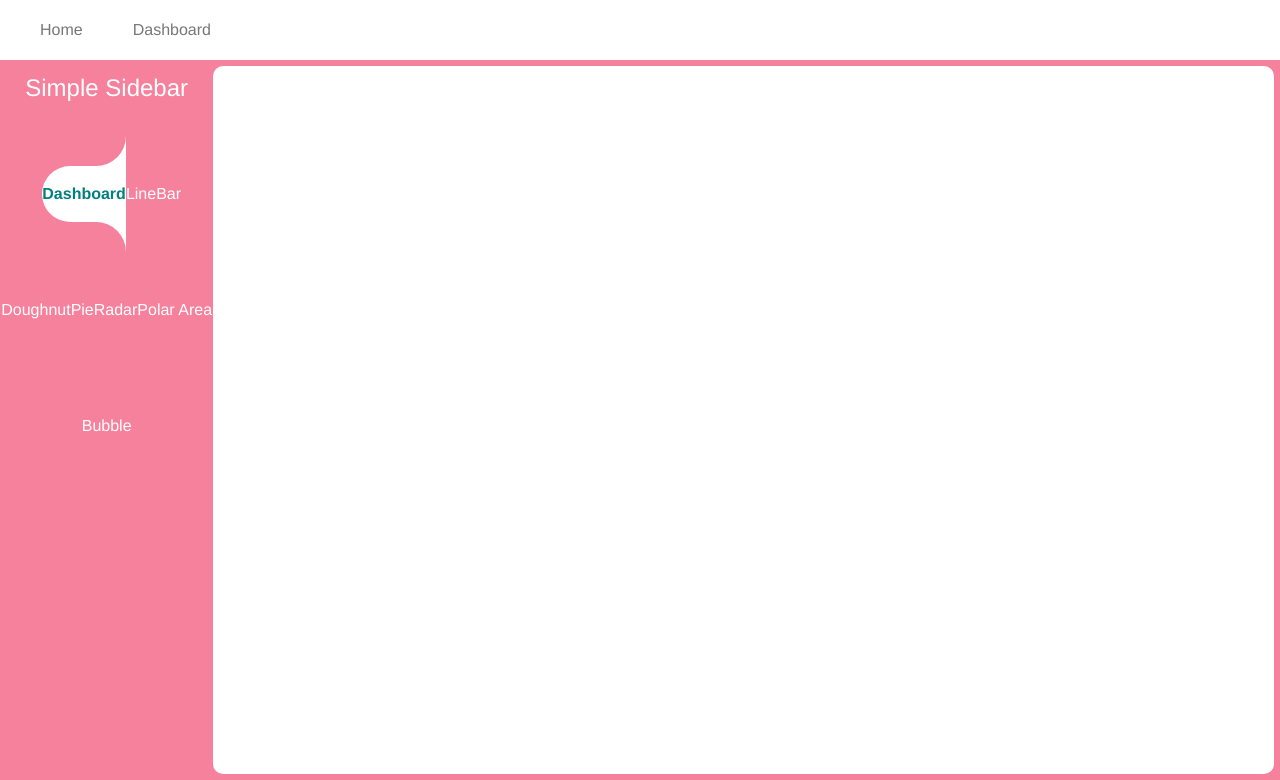
Repository: nashthecoder/vue_learn
Page: /dashboard (app in client/)
The author's editor kept a copy of each file at every save. The page is drawn from the files as they stood at one save, then again after the next save.
The browser window is 1280 px wide. The pictures show the whole page.
The project was rebuilt for these pictures with package versions that can differ from the ones it lists, and the page was loaded fresh each time. Imported but missing from the stored project, and not drawn on this page: client/src/views/Home.vue.

Above is the page before, as saved 2020-12-25 01:20:00.

### client/public/index.html
<!DOCTYPE html>
<html lang="en">
  <head>
    <meta charset="utf-8">
    <meta http-equiv="X-UA-Compatible" content="IE=edge">
    <meta name="viewport" content="width=device-width,initial-scale=1.0">
    <link rel="icon" href="<%= BASE_URL %>favicon.ico">
    <title>Visualizations</title>
  </head>
  <body>
    <noscript>
      <strong>We're sorry but client doesn't work properly without JavaScript enabled. Please enable it to continue.</strong>
    </noscript>
    <div id="app"></div>
    <!-- built files will be auto injected -->
  </body>
</html>

### client/src/main.js
import Vue from "vue";
import App from "./App.vue";
import "bootstrap/dist/css/bootstrap.css";
import router from "./router";

Vue.config.productionTip = false;

new Vue({
  router,
  render: h => h(App)
}).$mount("#app");

### client/src/App.vue
<template>
  <div id="app">
    <ResponsiveNav
      :nav-links="navLinks"
      background="#fff"
      link-color="#777"
      hoverBackground="#ddd"
    />
    <router-view />
  </div>
</template>
<script>
import ResponsiveNav from "@/components/ResponsiveNav";

export default {
  components: {
    ResponsiveNav
  },
  data: () => ({
    navLinks: [
      {
        text: "Home",
        path: "/"
      },
      {
        text: "Dashboard",
        path: "/dashboard"
      }
    ]
  })
};
</script>
<style>
body {
  margin: 0;
}
#app {
  font-family: "Avenir", Helvetica, Arial, sans-serif;
  -webkit-font-smoothing: antialiased;
  -moz-osx-font-smoothing: grayscale;
  text-align: center;
  color: #2c3e50;
}
#nav {
  padding: 30px;
}

#nav a {
  font-weight: bold;
  color: #2c3e50;
}

#nav a.router-link-exact-active {
  color: #42b983;
}
</style>

### client/src/router.js
import Vue from "vue";
import VueRouter from "vue-router";
import Home from "./views/Home.vue";

Vue.use(VueRouter);

const routes = [
  {
    path: "/",
    name: "Home",
    component: Home
  },
  {
    path: "/dashboard",
    name: "Dashboard",
    component: () => import("./views/Dashboard.vue")
  },
  {
    path: "/line",
    name: "Line",
    component: () => import("./views/Line.vue")
  },
  {
    path: "/bar",
    name: "Bar",
    component: () => import("./views/Bar.vue")
  },
  {
    path: "/doughnut",
    name: "Doughnut",
    component: () => import("./views/Doughnut.vue")
  },
  {
    path: "/pie",
    name: "Pie",
    component: () => import("./views/Pie.vue")
  },
  {
    path: "/radar",
    name: "Radar",
    component: () => import("./views/Radar.vue")
  },
  {
    path: "/polar-area",
    name: "PolarArea",
    component: () => import("./views/PolarArea.vue")
  },
  {
    path: "/bubble",
    name: "Bubble",
    component: () => import("./views/Bubble.vue")
  },
  {
    path: "/scatter",
    name: "Scatter",
    component: () => import("./views/Scatter.vue")
  }
];
const router = new VueRouter({
  mode: "history",
  base: process.env.BASE_URL,
  routes
});

export default router;

### client/src/components/ResponsiveNav.vue
<template>
  <nav :style="{ background: background || '#333' }">
    <ul :style="{ background: background || '#333' }" ref="nav">
      <figure class="image-logo" @click="toggleNav"></figure>
      <li
        v-for="(link, index) in navLinks"
        :key="index"
        @mouseenter="
          $event.currentTarget.style.background = hoverBackground || '#999'
        "
        @mouseleave="
          $event.currentTarget.style.background = background || '#333'
        "
      >
        <router-link :to="link.path" :style="{ color: linkColor || '#ddd' }">
          {{ link.text }}
          <i :class="link.icon" />
        </router-link>
      </li>
    </ul>
  </nav>
</template>
<script>
export default {
  props: [
    "navLinks",
    "background",
    "linkColor",
    "hoverBackground",
    "imagePath"
  ],
  methods: {
    toggleNav() {
      const nav = this.$refs.nav.classList;
      nav.contains("active") ? nav.remove("active") : nav.add("active");
    }
  }
};
</script>

<style scoped lang="scss">
nav {
  height: 60px;
  width: 100%;
  box-shadow: 2px 2px 2px #ccc;
  ul {
    display: flex;
    height: 100%;
    align-items: center;
    margin-block-start: 0;
    margin-block-end: 0;
    padding-inline-start: 0;
    box-shadow: 2px 2px 2px #ccc;
    figure {
      cursor: pointer;
      margin-right: 10px;
    }
    a {
      text-decoration: none;
      display: flex;
      flex-direction: row-reverse;
      align-items: center;
    }
    i {
      margin-right: 10px;
      font-size: 22px;
    }
    li {
      list-style-type: none;
      padding: 10px 20px;
    }
  }
}
@media screen and (max-width: 759px) {
  nav {
    ul {
      position: absolute;
      width: 300px;
      flex-direction: column;
      left: -240px;
      transition: 300ms ease all;
      top: 60px;
      &.active {
        left: 0px;
      }
      figure {
        position: fixed;
        z-index: 1;
        top: 10px;
        left: 2px;
      }
      li {
        width: 100%;
        padding-left: 0;
        padding-right: 0;
      }
      a {
        flex-direction: row;
        margin-left: 20px;
        justify-content: space-between;
        margin-right: 13px;
      }
    }
  }
}
</style>

### client/src/views/Dashboard.vue
<template>
  <div class="dashboard">
    <Sidebar />
    <div class="content">
      <router-view />
    </div>
  </div>
</template>

<script>
import Sidebar from "../components/Sidebar";
export default {
  name: "home",
  components: {
    Sidebar
  }
};
</script>

<style>
.dashboard {
  display: grid;
  grid-template-columns: 1fr 5fr;
  background-color: #f6819d;
  height: 100vh;
  width: 100vw;
}
.content {
  background-color: white;
  border-radius: 10px;
  margin: 6px 6px 6px 0px;
}
</style>

### client/src/components/Sidebar.vue
<template>
  <div class="sidebar">
    <div class="title">
      Simple Sidebar
    </div>
    <div class="menu-items">
      <router-link to="/dashboard" active-class="active" tag="button" exact class="side-btn">
        <div class="link-container">
          Dashboard
        </div>
      </router-link>
      <router-link to="/line" active-class="active" tag="button" exact class="side-btn">
        <div class="link-container">
          Line
        </div>
      </router-link>
      <router-link to="/bar" active-class="active" tag="button" exact class="side-btn">
        <div class="link-container">
          Bar
        </div>
      </router-link>
      <router-link to="/doughnut" active-class="active" tag="button" exact class="side-btn">
        <div class="link-container">
          Doughnut
        </div>
      </router-link>
      <router-link to="/pie" active-class="active" tag="button" exact class="side-btn">
        <div class="link-container">
          Pie
        </div>
      </router-link>
      <router-link to="/radar" active-class="active" tag="button" exact class="side-btn">
        <div class="link-container">
          Radar
        </div>
      </router-link>
      <router-link to="/polar-area" active-class="active" tag="button" exact class="side-btn">
        <div class="link-container">
          Polar Area
        </div>
      </router-link>
      <router-link to="/bubble" active-class="active" tag="button" exact class="side-btn">
        <div class="link-container">
          Bubble
        </div>
      </router-link>
    </div>
  </div>
</template>

<script>
export default {};
</script>

<style>
.title {
  color: white;
  font-size: 24px;
  margin-top: 10px;
}
.menu-items > * {
  margin-top: 60px;
}
.side-btn {
  border: none;
  padding: 16px 0px;
  cursor: pointer;
  font-size: 16px;
  font-weight: 500;
  color: white;
  background-color: transparent;
}
.side-btn:focus {
  outline: none;
}
.side-btn.active {
  position: relative;
  background-color: white;
  color: teal;
  font-weight: 600;
  margin-left: 10px;
  border-radius: 30px 0 0 30px;
}
.side-btn.active::before {
  top: -30px;
}
.side-btn.active::after {
  bottom: -30px;
}
.side-btn.active::before,
.side-btn.active::after {
  position: absolute;
  content: "";
  right: 0;
  height: 30px;
  width: 30px;
  background-color: white;
}
.side-btn.active .link-container::before {
  top: -60px;
}
.side-btn.active .link-container::after {
  bottom: -60px;
  z-index: 99;
}
.side-btn.active .link-container::before,
.side-btn.active .link-container::after {
  position: absolute;
  content: "";
  right: 0px;
  height: 60px;
  width: 60px;
  border-radius: 50%;
  background-color: #f6819d;
}
</style>

After the next save:
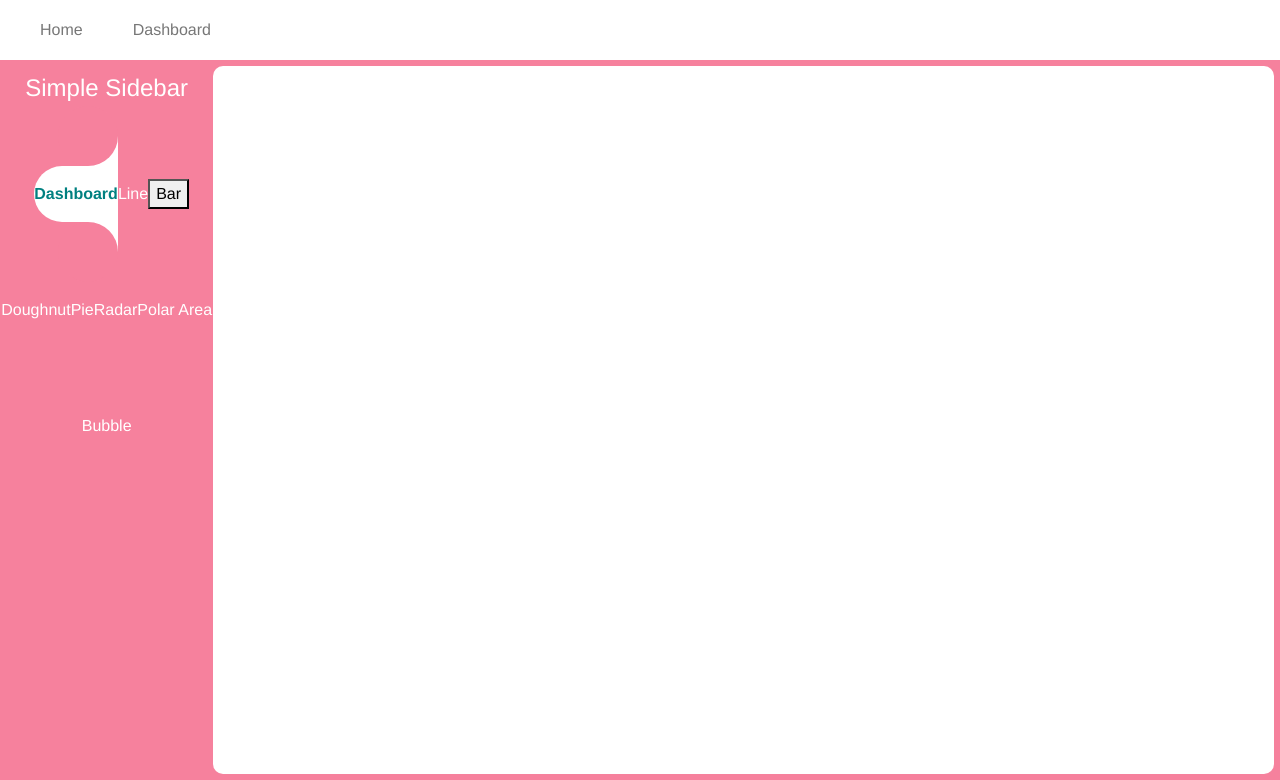
Saved 2 min 27 s later.
--- a/client/src/components/Sidebar.vue
+++ b/client/src/components/Sidebar.vue
@@ -14,7 +14,11 @@
           Line
         </div>
       </router-link>
-      <router-link to="/bar" active-class="active" tag="button" exact class="side-btn">
+      <router-link to="/bar"
+        active-class="active"
+        tag="button"
+        exactclass="side-btn"
+      >
         <div class="link-container">
           Bar
         </div>
